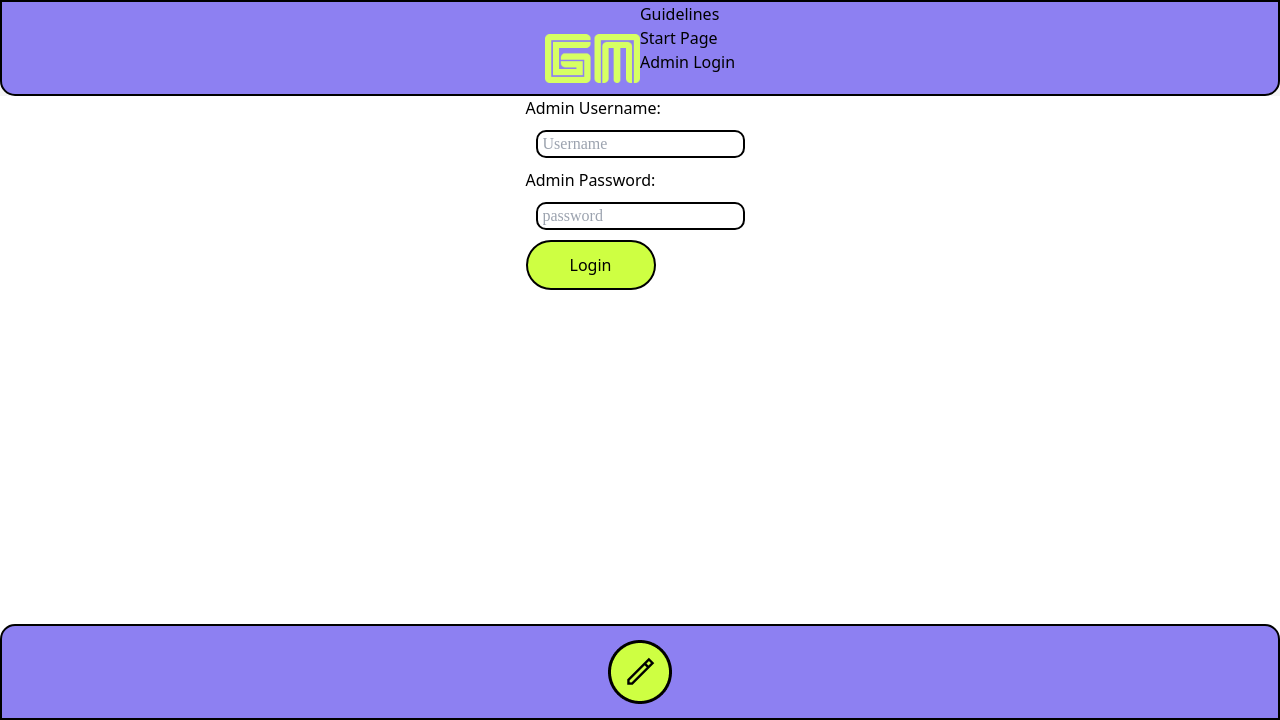
Repository: Yahya9102/Java22-ux22-Sideproject-main
Page: /adminLogin
These files come from the project's save history. The page is drawn as it stood at one moment and after the next save; the edit follows.
The browser window is 1280 px wide. The pictures show the whole page.
The project was rebuilt for these pictures with package versions that can differ from the ones it lists, and the page was loaded fresh each time. The framework's server and built-in components were replaced by stand-ins that run in the browser. Also part of the build but not shown: next.config.js.

Above is the page before, as saved 2023-05-04 14:00:34.

### pages/adminLogin.tsx
import { NextPage } from "next"
import Header from "@/p-components/header"
import AdminLogin from "@/p-components/AdminLogin"
import MainFooter from "@/p-components/MainFooter"
import { User } from "@/types/users"

const adminLogin: NextPage<User> = ({}) => {
  return (
    <div>
      <Header />
      <AdminLogin />
      <MainFooter />
    </div>
  )
}

export default adminLogin

### styles/globals.css
@tailwind base;
@tailwind components;
@tailwind utilities;

/* @import url("https://fonts.googleapis.com/css2?family=Space+Grotesk:wght@400;500;600;700&display=swap");
@import url("https://fonts.googleapis.com/css2?family=Space+Mono&display=swap");
@import url("https://fonts.googleapis.com/css2?family=Roboto+Condensed:wght@400;700&display=swap"); */

### p-components/header.tsx
import { NextPage } from "next"
import Image from "next/image"
import gmlogo from "/public/gmlogo.png"
import styles from "./styles/header.module.css"
import { useRouter } from "next/router"
import Link from "next/link"
import { useState } from "react"

const Header: NextPage = () => {
  const router = useRouter()

  const handleReturnToStartPage = () => {
    router.push("/startPage")
  }

  const [menuOpen, setMenuOpen] = useState(false)

  function handleMenuToggle() {
    setMenuOpen(!menuOpen)
  }

  return (
    <div className={styles.header_container}>
      <div className={styles.header_background}>
        <header className={styles.header_body}>
          <div className={styles.menu_icon}>
            <button type="button" onClick={handleMenuToggle}>
              <span className={styles.hamburger}></span>
              <span className={styles.hamburger}></span>
              <span className={styles.hamburger}></span>
            </button>
          </div>
          <div className={styles.menu_title}>
            <button type="button" onClick={handleReturnToStartPage}>
              <Image src={gmlogo} alt="Picture is unavailable" width={95} />
            </button>
          </div>
          <nav
            className={
              menuOpen
                ? `${styles.menu_links} ${styles.menu_open}`
                : styles.menu_links
            }
            onClick={handleMenuToggle}
          >
            <Link href="/">
              <p className={styles.menu_links_p}>Guidelines</p>
            </Link>
            <Link href="/startPage">
              <p className={styles.menu_links_p}>Start Page</p>
            </Link>
            <Link href="/adminLogin">
              <p className={styles.menu_links_p}> Admin Login</p>
            </Link>
          </nav>
        </header>
      </div>
    </div>
  )
}

export default Header

### p-components/AdminLogin.tsx
import { useState } from "react"
import { NextPage } from "next"
import router from "next/router"
import styles from "p-components/styles/adminLogin.module.css"

const AdminLogin: NextPage = () => {
  const ADMIN_USERNAME = process.env.NEXT_PUBLIC_ADMIN_USERNAME
  const ADMIN_PASSWORD = process.env.NEXT_PUBLIC_ADMIN_PASSWORD

  const [adminCredentials, setAdminCredentials] = useState({
    username: "",
    password: "",
  })

  const handleLoginClick = () => {
    if (
      adminCredentials.username === ADMIN_USERNAME &&
      adminCredentials.password === ADMIN_PASSWORD
    ) {
      router.push("/admin")
    } else {
      alert("Invalid admin username or password")
    }
  }

  return (
    <div className={styles.admin_body}>
      <fieldset>
        <label htmlFor="adminUsername" className={styles.label}>
          Admin Username:
        </label>
        <br />
        <input
          className={styles.input_fields}
          type="text"
          name="adminUsername"
          id="adminUsername"
          value={adminCredentials.username}
          onChange={(e) =>
            setAdminCredentials({
              ...adminCredentials,
              username: e.target.value,
            })
          }
          placeholder="Username"
        />
        <br />
        <label className={styles.label} htmlFor="adminPassword">
          Admin Password:
        </label>
        <br />
        <input
          className={styles.input_fields}
          type="password"
          name="adminPassword"
          id="adminPassword"
          value={adminCredentials.password}
          onChange={(e) =>
            setAdminCredentials({
              ...adminCredentials,
              password: e.target.value,
            })
          }
          placeholder="password"
        />
        <br />
        <button className={styles.adminLogin_button} onClick={handleLoginClick}>
          Login
        </button>
      </fieldset>
    </div>
  )
}

export default AdminLogin

### p-components/MainFooter.tsx
import React from "react"
import styles from "./styles/mainFooter.module.css"
import { useRouter } from "next/router"
import Image from "next/image"
import navbarImage from "../public/posticon.png"

function MainFooter() {
  const router = useRouter()

  const handleCreateButtonClick = () => {
    router.push("/createUser")
  }

  return (
    <div>
      <nav className={styles.main_footer}>
        <button type="submit" onClick={handleCreateButtonClick}>
          <Image
            src={navbarImage}
            alt=""
            width={64}
            height={64}
            className={styles.image_post}
          />
        </button>
      </nav>
    </div>
  )
}

export default MainFooter

### p-components/styles/header.module.css
.header_body {
  display: flex;
  justify-content: center;
  border: 2px solid black;
  min-height: 6rem;
  max-height: 6rem;
  border-radius: 0px 0px 15px 15px;
  background-color: rgba(141, 128, 242, 1);
}

.menu_title {
  padding-top: 2rem;
  /* background-color: aqua; */
}

.header_background {
  background-color: #f5f5f5;
}

### p-components/styles/adminLogin.module.css
.input_fields {
  border: solid 2px;

  border-radius: 10px;
  margin: 10px;
  font-family: "Space Grotesk";
  padding-left: 5px;
}

.adminLogin_button {
  background-color: #ceff42;
  width: 130px;
  height: 50px;
  border-radius: 25px;
  border: solid 2px;
}

.admin_body {
  display: flex;
  width: 100%;
  justify-content: center;
}

### p-components/styles/mainFooter.module.css
.main_footer {
  background-color: rgba(141, 128, 242, 1);
  height: 6rem;
  width: 100%;
  display: flex;
  border-radius: 15px 15px 0px 0px;
  border: 2px solid black;
  justify-content: center;
  position: fixed;
  bottom: 0;
}

Loaded but not shown: pages/_app.tsx (common file); pages/_document.tsx (common file); tailwind.config.js (common file)

After the next save:
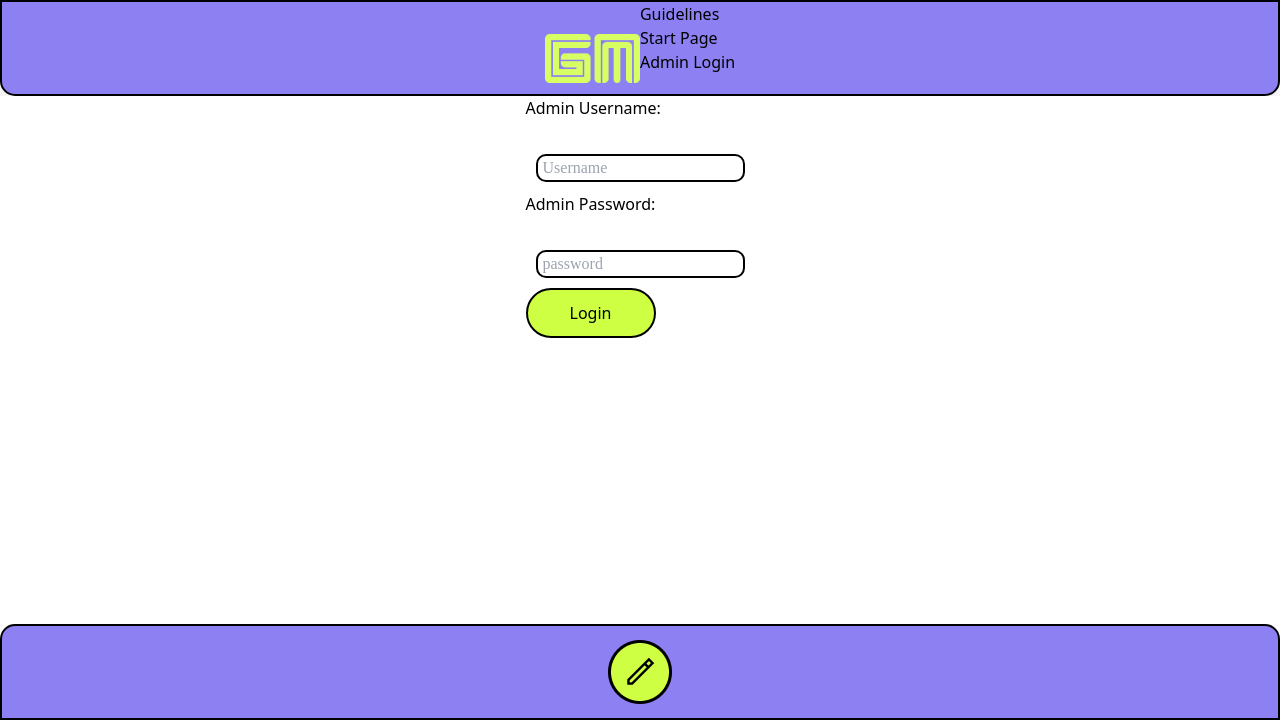
Saved 35 s later.
--- a/p-components/styles/adminLogin.module.css
+++ b/p-components/styles/adminLogin.module.css
@@ -20,3 +20,7 @@
   width: 100%;
   justify-content: center;
 }
+
+.label {
+  display: flex;
+}
